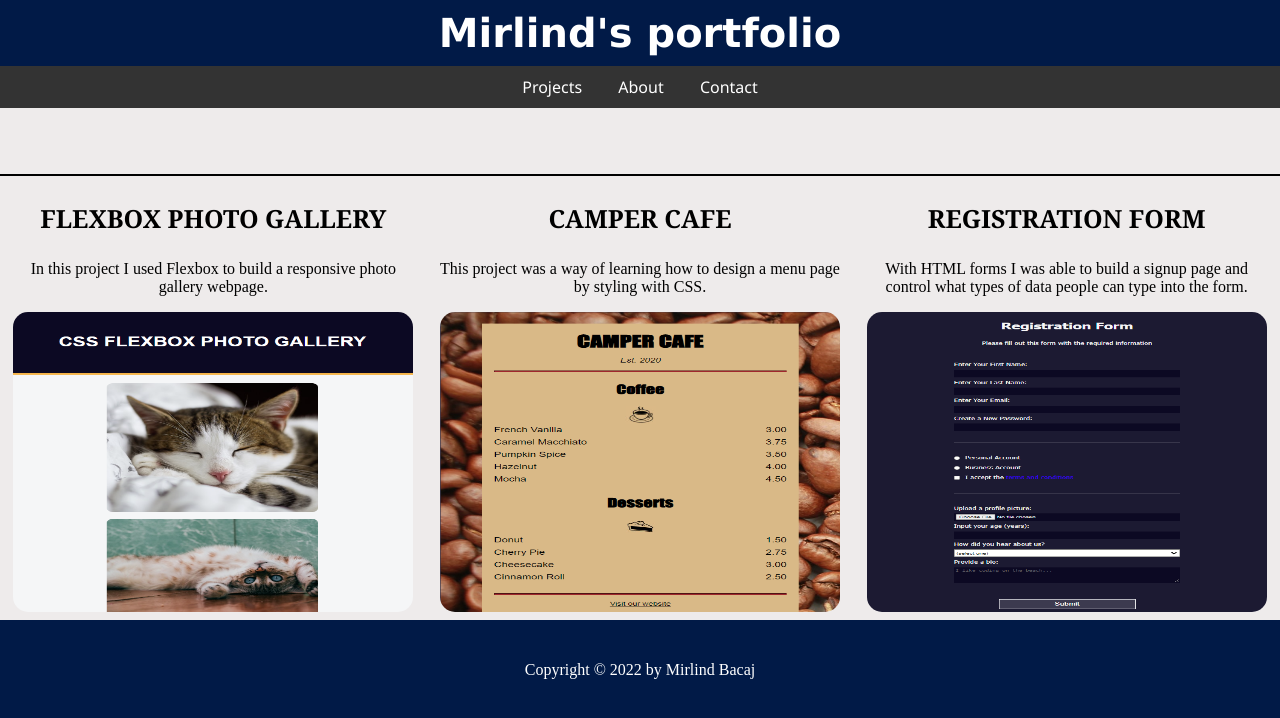
Repository: mirkbirki/mirkbirki.github.io
Page: html/index.html
The author's editor kept a copy of each file at every save. The page is drawn from the files as they stood at one save, then again after the next save.
The browser window is 1280 px wide. The pictures show the whole page.

Above is the page before, as saved 2022-10-30 16:21:40.

After the next save:
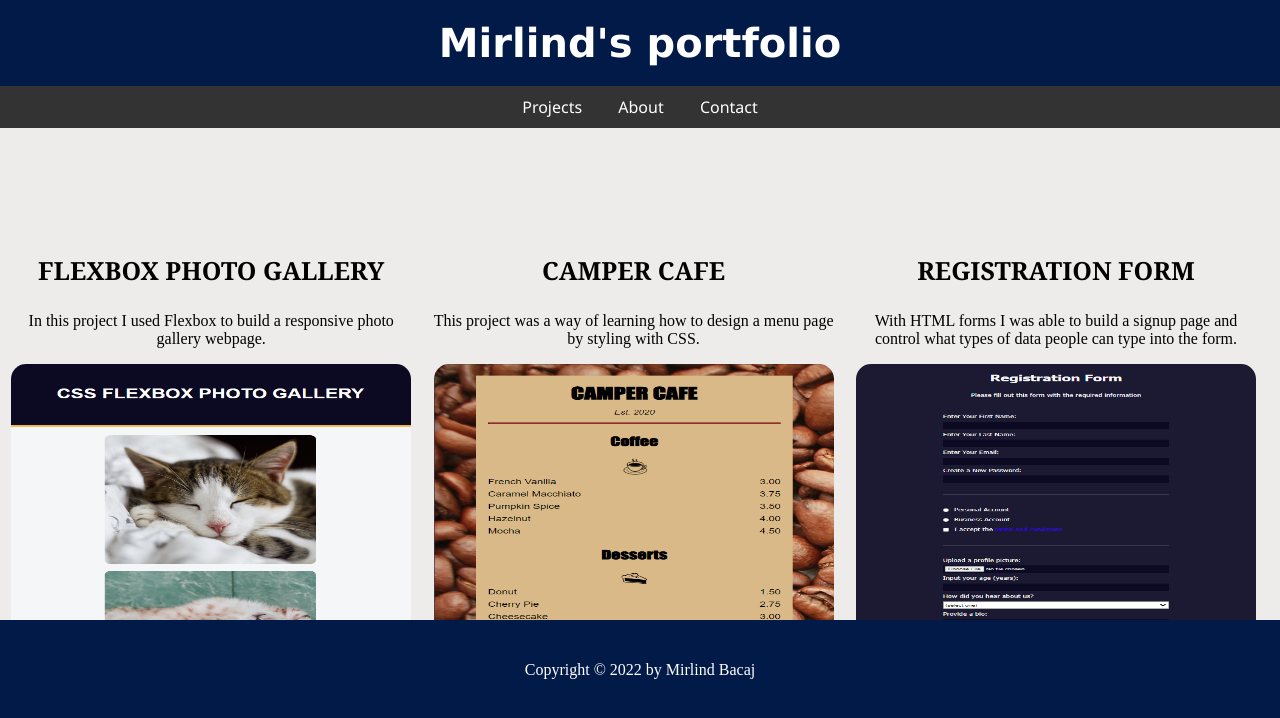
Saved 11 min 24 s later.
--- a/html/index.html
+++ b/html/index.html
@@ -10,14 +10,16 @@
 <body>
     <header>
         <h1><a href="index.html">Mirlind's portfolio</a></h1>
-    </header>
-    <nav>
+        <nav>
         <ul>
             <li><a href="projects.html">Projects</a></li>
             <li><a href="about.html">About</a></li>
             <li><a href="contact.html">Contact</a></li>
         </ul>
     </nav>
+    </header>
+
+
     <div class="container">
         <div class="proj">
             <h3 class="project">FLEXBOX PHOTO GALLERY</h3>
@@ -35,11 +37,13 @@
             <img src="/pics\registration-form.PNG" alt="image for project 3">
         </div>
     </div>
+
     <footer>
         <div class="footer">
             <br><br><br>
             <p>Copyright © 2022 by Mirlind Bacaj</p>
         </div>
     </footer>
+
 </body>
 </html>
--- a/css/styles.css
+++ b/css/styles.css
@@ -13,8 +13,8 @@ header {
 h1 {
     margin-top: 0px;
     margin-bottom: 0px;
-    padding-top: 10px;
-    padding-bottom: 10px;
+    padding-top: 20px;
+    padding-bottom: 20px;
     font-size: 40px;
     font-family:'Lucida Sans', 'Lucida Sans Regular', 'Lucida Grande', 'Lucida Sans Unicode', Geneva, Verdana, sans-serif;
     color: white;
@@ -66,11 +66,19 @@ li a:hover {
 }
 
 .container {
+    /*
     border-top: 2px solid black;
     border-bottom: 2px solid black;
     display: flex;
     margin-top: 66px;
     padding-bottom: 25px;
+    */
+    display: grid;
+    grid-template-columns: 33% 33% 33%;
+    grid-template-rows: auto;
+    grid-row-gap: 0px;
+    margin-top: auto;
+    margin-top: 100px;
 }
 
 .proj {
